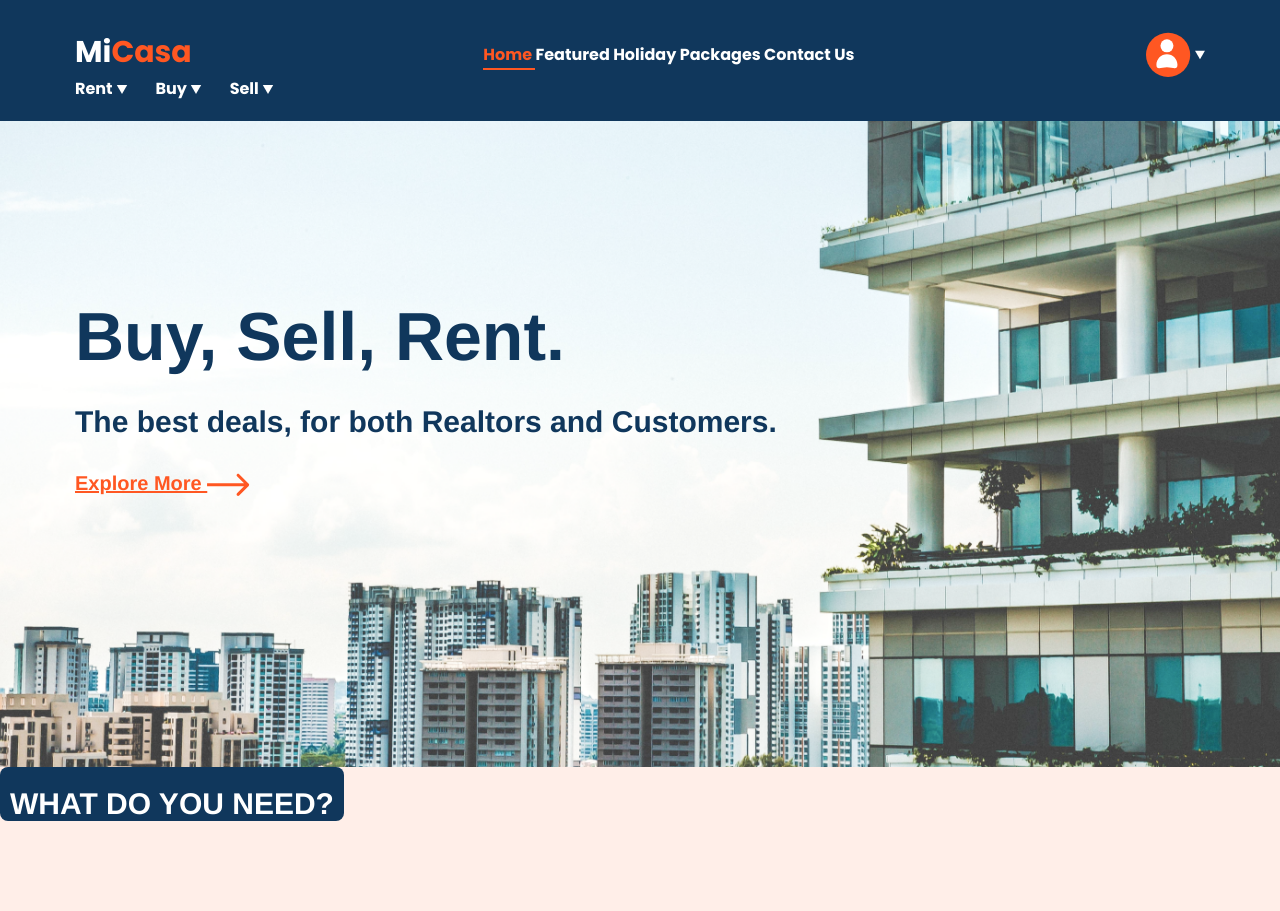
Repository: BenUnyolo/micasa-frontend
Page: index.html
The author's editor kept a copy of each file at every save. The page is drawn from the files as they stood at one save, then again after the next save.
The browser window is 1280 px wide. The pictures show the whole page.

Above is the page before, as saved 2021-10-15 20:44:52.

After the next save:
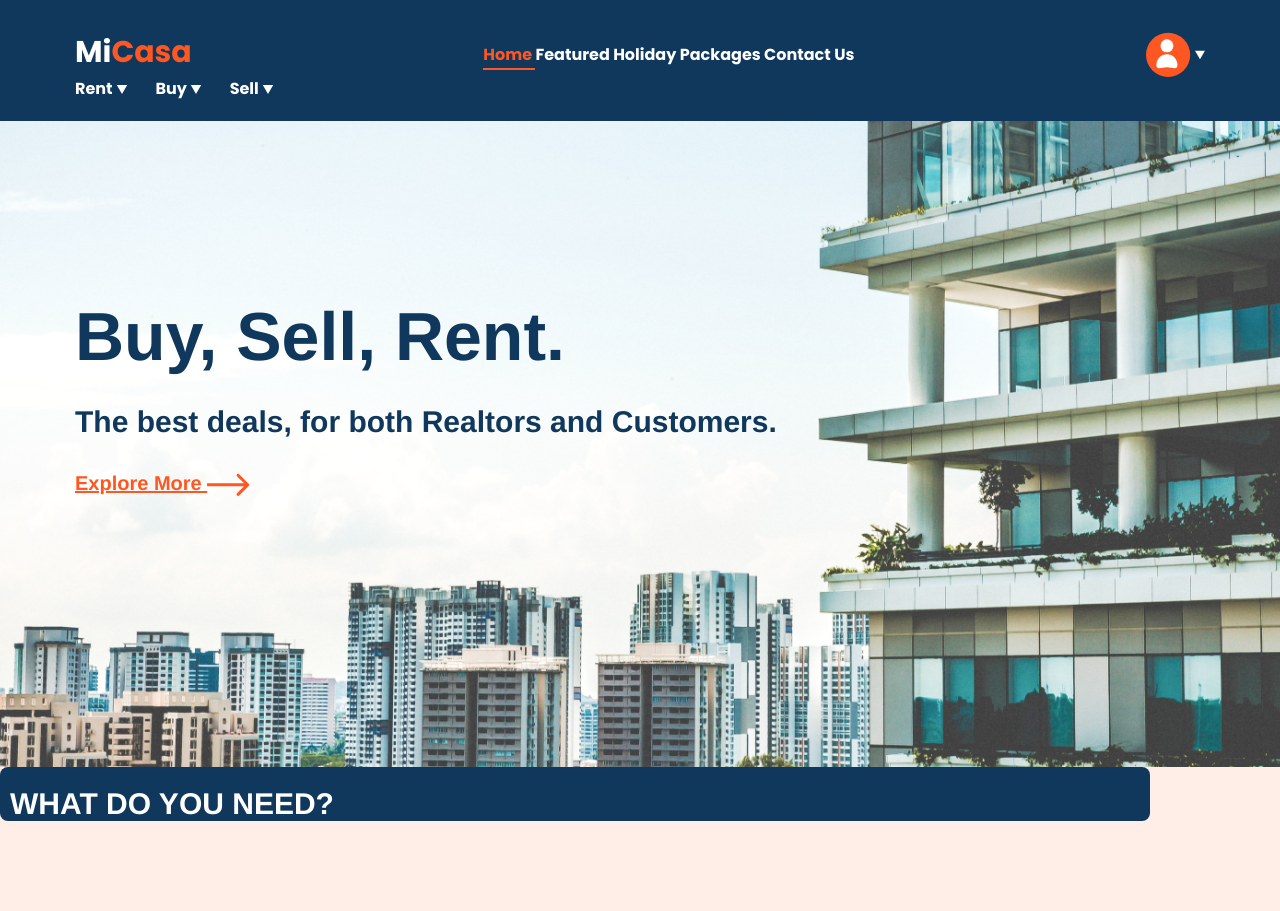
Saved 33 s later.
--- a/index.html
+++ b/index.html
@@ -136,7 +136,7 @@
     <!-- SEARCH -->
     <div class="relative">
       <div
-        class="absolute pt-5 text-white rounded-lg  inner-container px-28 bg-primary-600"
+        class="absolute w-full pt-5 text-white rounded-lg  inner-container px-28 bg-primary-600"
       >
         <h2 class="uppercase">What do you need?</h2>
       </div>
